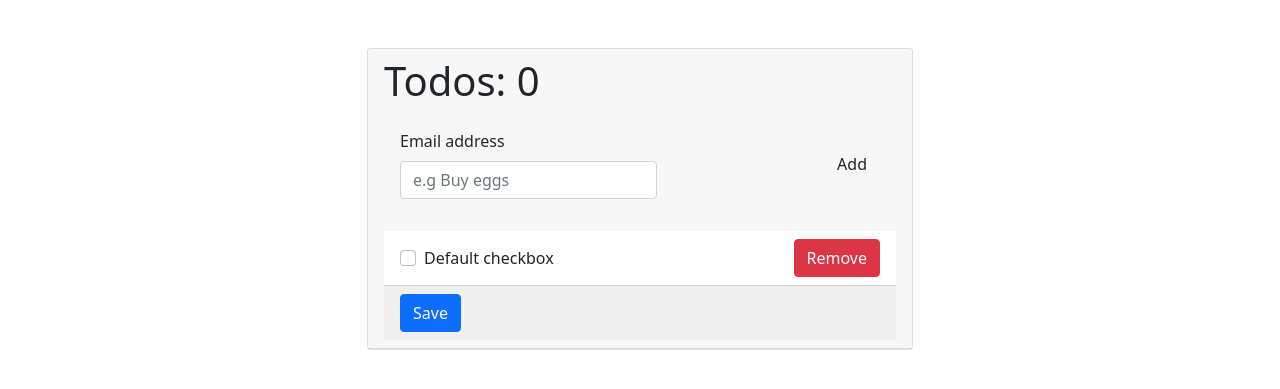
Repository: saidabbasun/TODO-react-redux
Page: /
An editor plug-in stored every save of this project. The page is shown before and after a run of saves, followed by the edit.
The browser window is 1280 px wide. The pictures show the whole page.
The project was rebuilt for these pictures with package versions that can differ from the ones it lists, and the page was loaded fresh each time.

Above is the page before, as saved 2022-05-17 12:09:40.

After the next 2 saves:
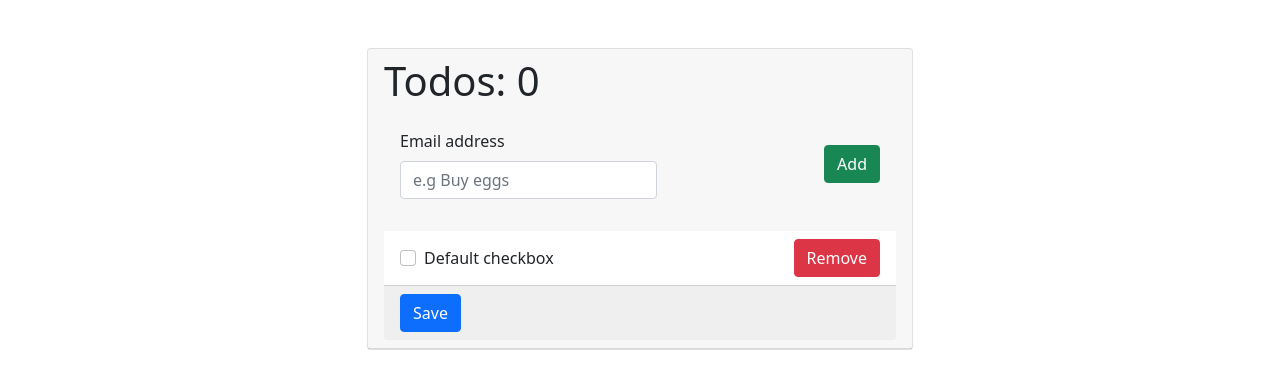
The 2 saves are shown as one change because they came seconds apart.
The last was saved 21 s later.
--- a/src/App.jsx
+++ b/src/App.jsx
@@ -12,7 +12,7 @@ function App() {
    <div> <label for="exampleFormControlInput1" class="form-label">Email address</label>
   <input type="text" class="form-control" id="exampleFormControlInput1" placeholder="e.g Buy eggs"/>
 </div>
-  <button className=" btn btn-sucses"> Add</button>
+  <button className=" btn btn-success"> Add</button>
 </form>
                 </div>
                   <ul class="list-group list-group-flush">
